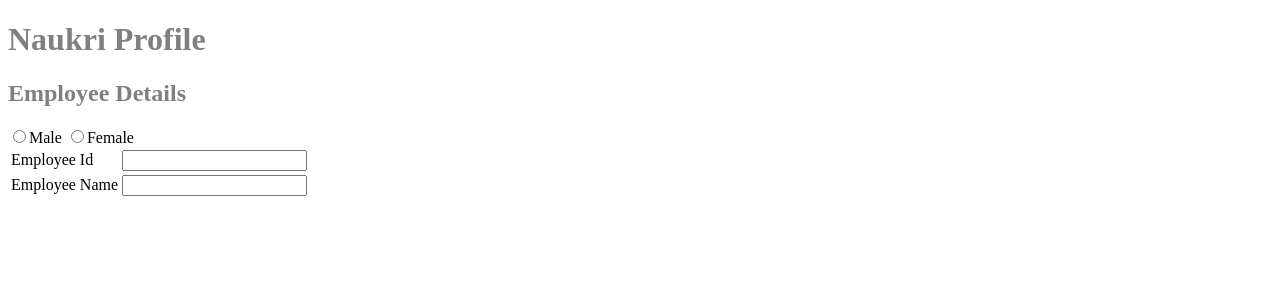
Repository: Ravikumarh6166/my-first-repo
Page: filterapp/src/main/webapp/registrationform.html
An editor plug-in stored every save of this project. The page is shown before and after the next save, followed by the edit.
The browser window is 1280 px wide. The pictures show the whole page.

Above is the page before, as saved 2022-08-30 06:55:04.

After the next save:
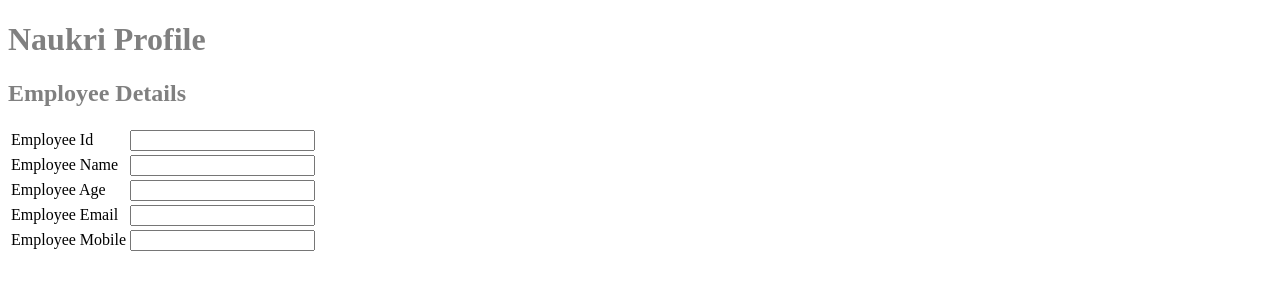
Saved 8 min 3 s later.
--- a/filterapp/src/main/webapp/registrationform.html
+++ b/filterapp/src/main/webapp/registrationform.html
@@ -8,6 +8,7 @@
 <h1 style="color:gray">Naukri Profile</h1>
 <h2 style="color:gray">Employee Details</h2>
 <form action="./reg" method="post">
+
 <table>
 <tr>
 <td>Employee Id</td>
@@ -16,14 +17,23 @@
 
 <tr>
 <td>Employee Name</td>
-<td><input type="text" name="ename">
-</td>
+<td><input type="text" name="ename"></td>
 </tr>
-<label>
-<input type="radio"  value="Male">Male
-<input type="radio"  value="Female">Female
-</label>
 
+<tr>
+<td>Employee Age</td>
+<td><input type="text" name="eage"></td>
+</tr>
+
+<tr>
+<td>Employee Email</td>
+<td><input type="text" name="email"></td>
+</tr>
+
+<tr>
+<td>Employee Mobile</td>
+<td><input type="text" name="emobile"></td>
+</tr>
 
 
 </table>
